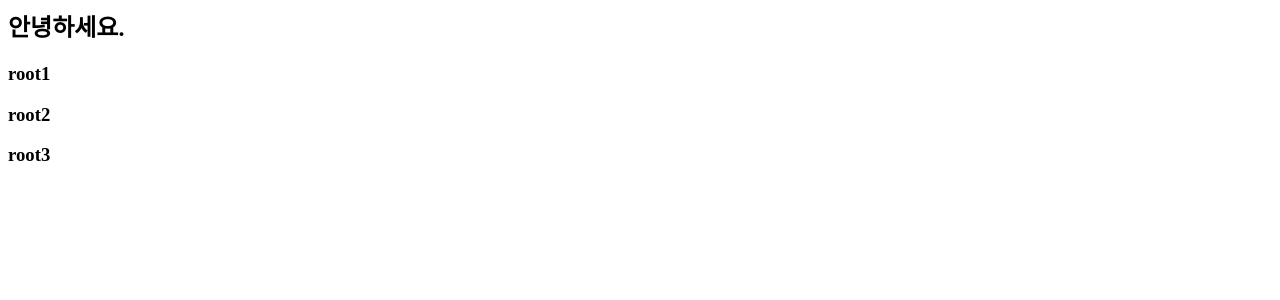
Repository: siyul-jh/React_Study
Page: babel/simple1.html
An editor plug-in stored every save of this project. The page is shown before and after the next save, followed by the edit.
The browser window is 1280 px wide. The pictures show the whole page.

Above is the page before, as saved 2020-10-05 16:40:15.
Console error (its wording comes from the project's code and is left out).

After the next save:
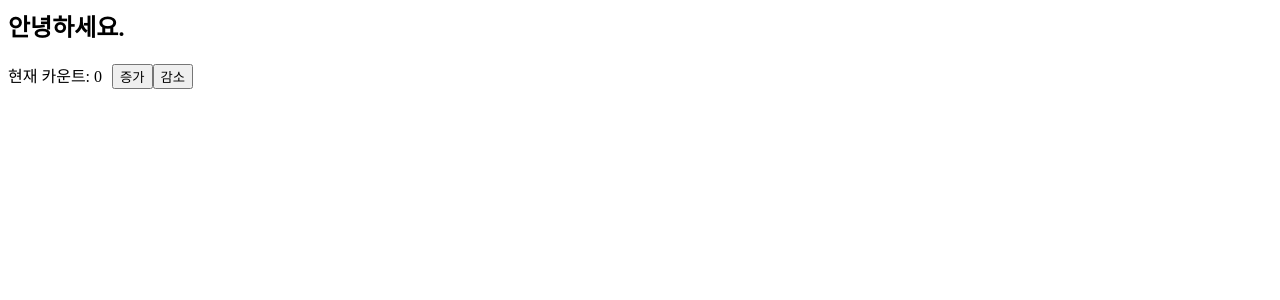
The error is gone.
Saved 18 s later.
--- a/babel/simple1.html
+++ b/babel/simple1.html
@@ -1,12 +1,7 @@
 <html>
     <body>
         <h2> 안녕하세요. </h2>
-        <h3>root1</h3>
-        <div id="root1"></div>
-        <h3>root2</h3>
-        <div id="root2"></div>
-        <h3>root3</h3>
-        <div id="root3"></div>
+        <div id="root"></div>
         <script src="react.development.js"></script>
         <script src="react-dom.development.js"></script>
         <script src="simple1.js"></script>
